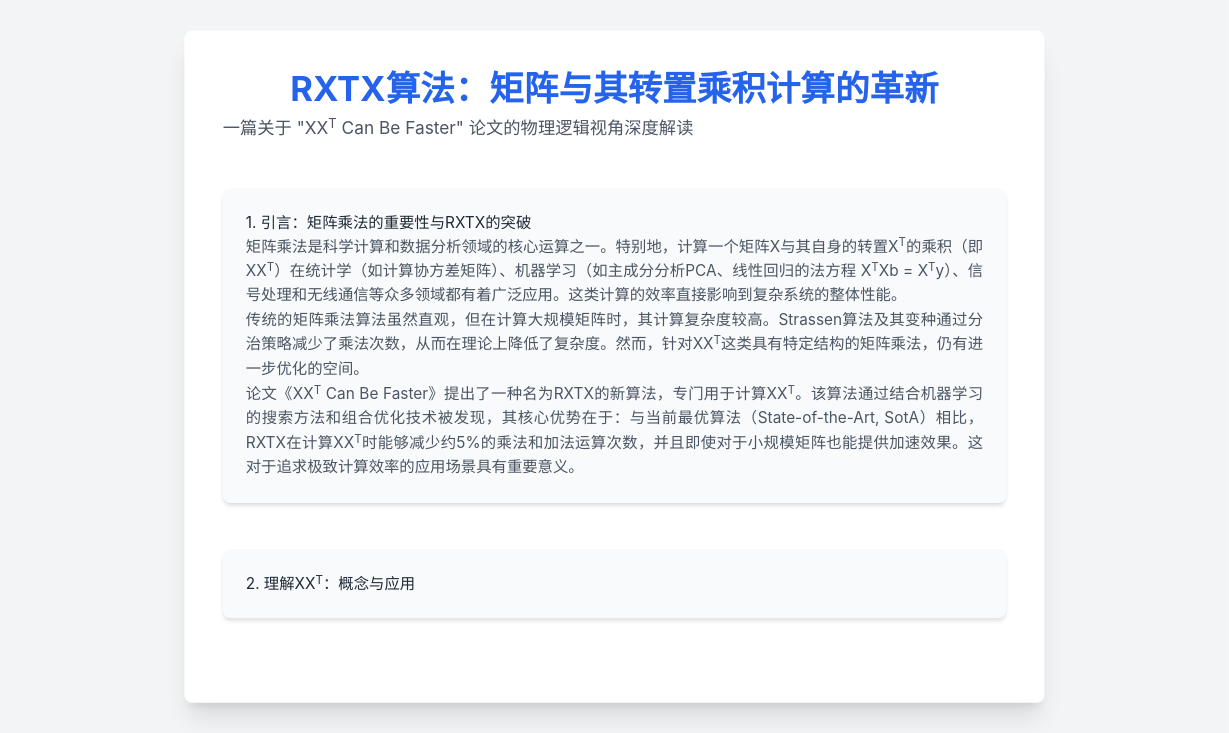
Repository: james130012/newcline
Page: useful/6.新矩阵乘法.html
The author's editor kept a copy of each file at every save. The page is drawn from the files as they stood at one save, then again after a run of saves.
The browser window is 1280 px wide. The pictures show the whole page, at 96% of full size.
Some web libraries are served in a nearby version.

Above is the page before, as saved 2025-05-17 14:58:52.

### useful/6.新矩阵乘法.html
<!DOCTYPE html>
<html lang="zh-CN">
<head>
    <meta charset="UTF-8">
    <meta name="viewport" content="width=device-width, initial-scale=1.0">
    <title>RXTX算法深度解析与动画演示</title>
    <script src="https://cdn.tailwindcss.com"></script>
    <script src="https://cdnjs.cloudflare.com/ajax/libs/p5.js/1.9.0/p5.min.js"></script>
    <script src="https://cdn.jsdelivr.net/npm/chart.js"></script>
    <style>
        body { font-family: 'Inter', sans-serif; }
        .content-section { margin-bottom: 3rem; padding: 1.5rem; background-color: #f9fafb; border-radius: 0.5rem; box-shadow: 0 4px 6px -1px rgba(0, 0, 0, 0.1), 0 2px 4px -1px rgba(0, 0, 0, 0.06); }
        .animation-container { margin-top: 1rem; margin-bottom: 1rem; border: 1px solid #e5e7eb; border-radius: 0.5rem; }
        canvas { display: block; margin: auto; background-color: #fff; height: 250px; }
        #chart3, #chart4 { max-height: 250px; }
        .controls { text-align: center; margin-top: 0.5rem; margin-bottom: 1rem; }
        .controls button { background-color: #3b82f6; color: white; padding: 0.5rem 1rem; border-radius: 0.375rem; border: none; cursor: pointer; margin: 0 0.25rem; transition: background-color 0.3s; }
        .controls button:hover { background-color: #2563eb; }
        h2 { font-size: 1.75rem; font-weight: 600; margin-bottom: 1rem; color: #1f2937; }
        h3 { font-size: 1.25rem; font-weight: 500; margin-top: 1.5rem; margin-bottom: 0.75rem; color: #374151; }
        p, li { line-height: 1.6; color: #4b5563; text-align: justify; }
        ul { list-style-type: disc; margin-left: 1.5rem; }
        .formula { font-family: monospace; background-color: #e5e7eb; padding: 0.25rem 0.5rem; border-radius: 0.25rem; display: inline-block; }
    </style>
</head>
<body class="bg-gray-100 text-gray-800 p-4 md:p-8">
    <div class="max-w-4xl mx-auto bg-white shadow-xl rounded-lg p-6 md:p-10">
        <header class="text-center mb-12">
            <h1 class="text-4xl font-bold text-blue-600">RXTX算法：矩阵与其转置乘积计算的革新</h1>
            <p class="text-lg text-gray-600 mt-2">一篇关于 "XX<sup>T</sup> Can Be Faster" 论文的物理逻辑视角深度解读</p>
        </header>

        <section class="content-section">
            <h2>1. 引言：矩阵乘法的重要性与RXTX的突破</h2>
            <p>矩阵乘法是科学计算和数据分析领域的核心运算之一。特别地，计算一个矩阵X与其自身的转置X<sup>T</sup>的乘积（即XX<sup>T</sup>）在统计学（如计算协方差矩阵）、机器学习（如主成分分析PCA、线性回归的法方程 X<sup>T</sup>Xb = X<sup>T</sup>y）、信号处理和无线通信等众多领域都有着广泛应用。这类计算的效率直接影响到复杂系统的整体性能。</p>
            <p>传统的矩阵乘法算法虽然直观，但在计算大规模矩阵时，其计算复杂度较高。Strassen算法及其变种通过分治策略减少了乘法次数，从而在理论上降低了复杂度。然而，针对XX<sup>T</sup>这类具有特定结构的矩阵乘法，仍有进一步优化的空间。</p>
            <p>论文《XX<sup>T</sup> Can Be Faster》提出了一种名为RXTX的新算法，专门用于计算XX<sup>T</sup>。该算法通过结合机器学习的搜索方法和组合优化技术被发现，其核心优势在于：与当前最优算法（State-of-the-Art, SotA）相比，RXTX在计算XX<sup>T</sup>时能够减少约5%的乘法和加法运算次数，并且即使对于小规模矩阵也能提供加速效果。这对于追求极致计算效率的应用场景具有重要意义。</p>
        </section>

        <section class="content-section">
            <h2>2. 理解XX<sup>T</sup>：概念与应用</h2>

After the next 3 saves:
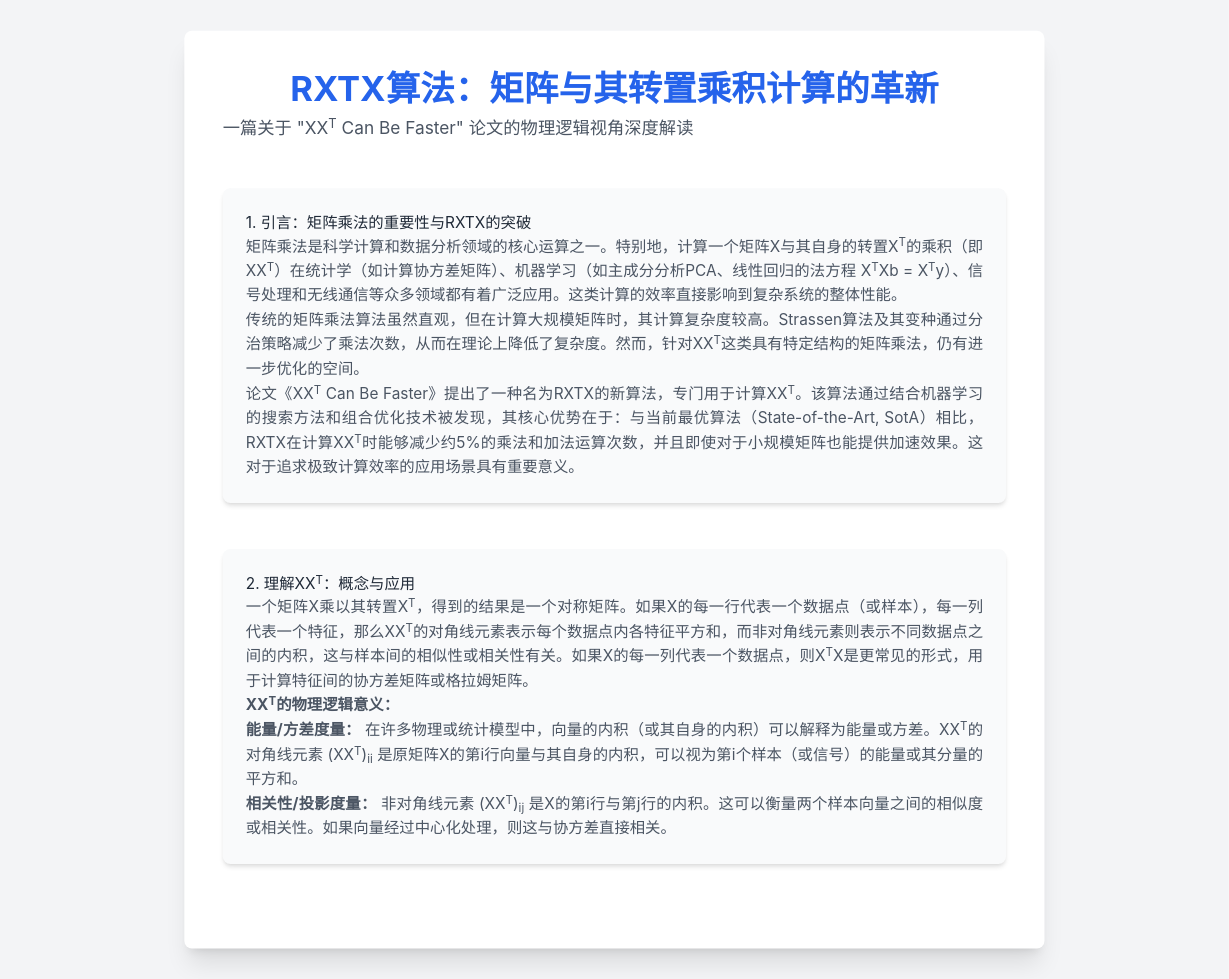
The 3 saves are shown as one change because they came seconds apart.
The last was saved 8 s later.
--- a/useful/6.新矩阵乘法.html
+++ b/useful/6.新矩阵乘法.html
@@ -39,3 +39,8 @@
 
         <section class="content-section">
             <h2>2. 理解XX<sup>T</sup>：概念与应用</h2>
+            <p>一个矩阵X乘以其转置X<sup>T</sup>，得到的结果是一个对称矩阵。如果X的每一行代表一个数据点（或样本），每一列代表一个特征，那么XX<sup>T</sup>的对角线元素表示每个数据点内各特征平方和，而非对角线元素则表示不同数据点之间的内积，这与样本间的相似性或相关性有关。如果X的每一列代表一个数据点，则X<sup>T</sup>X是更常见的形式，用于计算特征间的协方差矩阵或格拉姆矩阵。</p>
+            <p><strong>XX<sup>T</sup>的物理逻辑意义：</strong></p>
+            <ul>
+                <li><strong>能量/方差度量：</strong> 在许多物理或统计模型中，向量的内积（或其自身的内积）可以解释为能量或方差。XX<sup>T</sup>的对角线元素 (XX<sup>T</sup>)<sub>ii</sub> 是原矩阵X的第i行向量与其自身的内积，可以视为第i个样本（或信号）的能量或其分量的平方和。</li>
+                <li><strong>相关性/投影度量：</strong> 非对角线元素 (XX<sup>T</sup>)<sub>ij</sub> 是X的第i行与第j行的内积。这可以衡量两个样本向量之间的相似度或相关性。如果向量经过中心化处理，则这与协方差直接相关。</li>
